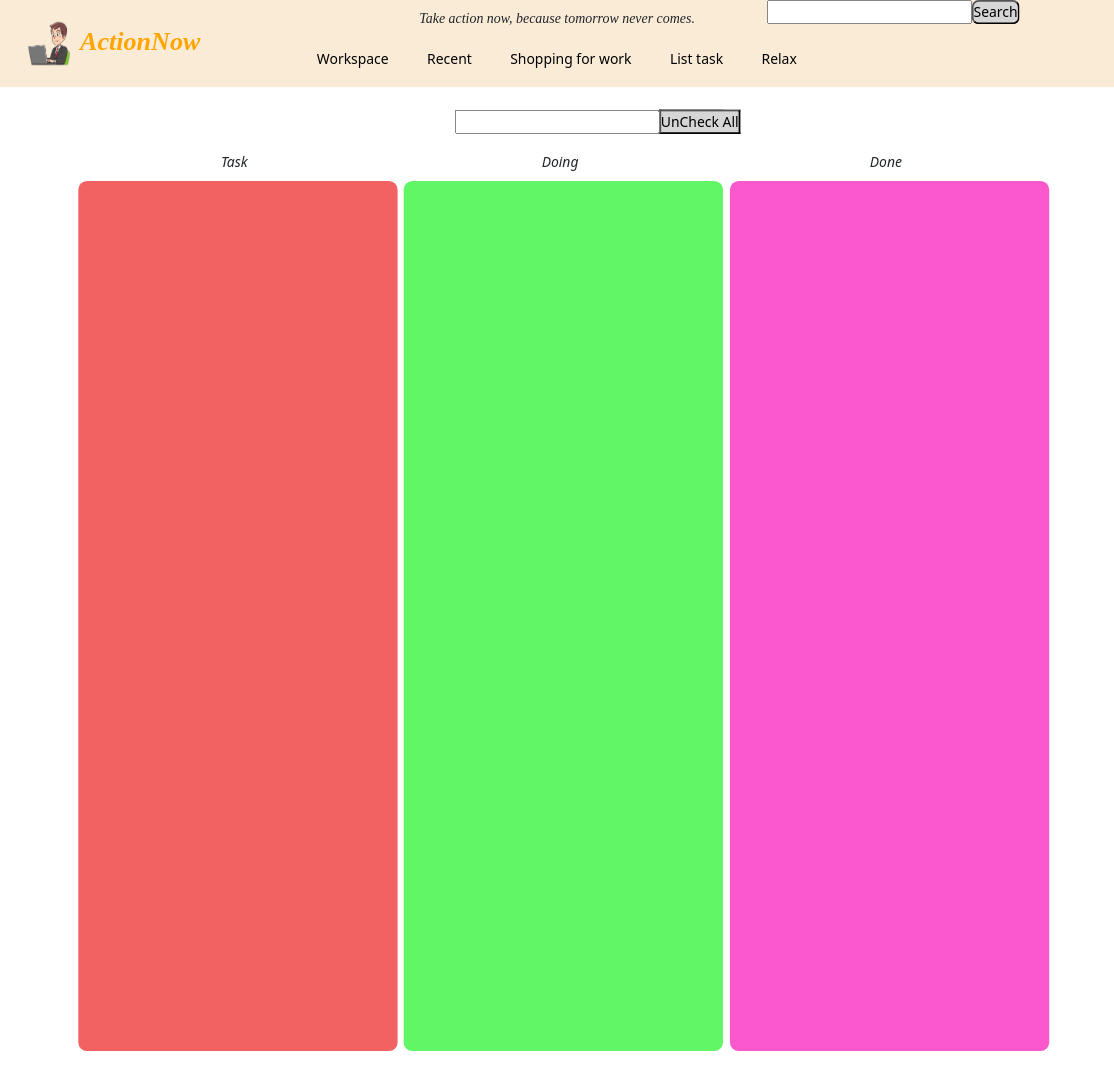
Repository: huavantinh/todo
Page: index.html
An editor plug-in stored every save of this project. The page is shown before and after the next save, followed by the edit.
The browser window is 1280 px wide. The pictures show the whole page, at 87% of full size.

Above is the page before, as saved 2023-04-08 10:34:21.

### index.html
<!DOCTYPE html>
<html lang="en">

<head>
  <meta charset="UTF-8" />
  <meta http-equiv="X-UA-Compatible" content="IE=edge" />
  <meta name="viewport" content="width=device-width, initial-scale=1.0" />
  <title>Document</title>
  <link rel="stylesheet" href="./css/style.css" />
  <link rel="stylesheet" href="https://cdn.jsdelivr.net/npm/bootstrap@5.2.3/dist/css/bootstrap.min.css"
    integrity="sha384-rbsA2VBKQhggwzxH7pPCaAqO46MgnOM80zW1RWuH61DGLwZJEdK2Kadq2F9CUG65" crossorigin="anonymous" />
</head>

<body>
  <nav class="nav-bar navbar navbar-default">
    <div class="container-fluid">
      <div class="brand">
        <!-- line1top -->
        <img src="./css/img/logo-brand.png" alt="Brand" />
        <i id="i1">ActionNow</i>
        <i id="i2">Take action now, because tomorrow never comes.</i>
        <!-- search  -->
        <div class="search-box">
          <input type="text" />
          <button>Search</button>
        </div>
      </div>
      <!-- menu  -->
      <div class="nav-menu">
        <div class="list-menu">
          <a href="">Workspace</a>
          <a href="">Recent</a>
          <a href="">Shopping for work</a>
          <a href="">List task</a>
          <a href="">Relax</a>
        </div>
      </div>
    </div>
  </nav>
  <div>

    <div class="container">
      <div class="add">
        <div class="box-add">
          <div class="d-inline-block position-relative">
            <input id="input-sub" type="text" />
            <span style="
                  color: #656966;
                  font-size: 10px;
                  position: absolute;
                  bottom: 0;
                  right: 0;
                " class="message" id="new-task-message">Please enter new task!</span>
          </div>

          <button id="button-submit" onclick="submit()">Submit</button>
          <button id="delete" onclick="deleteAll()">Delete All</button>
          <button id="checkall" onclick="checkAll(this)">Check All</button>
          <button id="uncheckall" onclick="unCheckAll(this)">
            UnCheck All
          </button>
        </div>
      </div>
      <div class="table">
        <div class="tasklist col-list">
          <i id="i1">Task</i>
          <div id="products" class="col-item col-1"></div>
        </div>

        <div class="doinglist col-list">
          <i id="i2">Doing</i>
          <div id="idoing" class="col-item col-2"></div>
        </div>

        <div class="donelist col-list">
          <i id="i3">Done</i>
          <div id="idone" class="col-item col-3"></div>
        </div>

      </div>
    </div>
  </div>
  </div>

  <script src="https://code.jquery.com/jquery-3.6.4.min.js"
    integrity="sha256-oP6HI9z1XaZNBrJURtCoUT5SUnxFr8s3BzRl+cbzUq8=" crossorigin="anonymous"></script>
  <script type="text/javascript" src="https://cdn.jsdelivr.net/npm/bootstrap@5.2.3/dist/js/bootstrap.min.js"></script>
  <script src="./app.js"></script>
</body>

</html>

### css/style.css
/* resetcss */
*{
    padding: 0;
    margin: 0;
}

/* Nav */
.container-fluid{
    position: fixed;
    top: 0;
    left: 0;
    right: 0;
    z-index: 99999;
    background-color: antiquewhite;
}


.brand{
    /* position: relative; */
    display: flex;
    width: 100%;
    height: 50px;
}
.nav-menu{
    display: flex;
    justify-content: center;
    width: 100%;
    height: 50px;
    border-radius: 10px;
}
.nav-menu .list-menu{
    position: absolute;
    justify-content: center;
    align-items: center;
    margin-top: 5px;
}
.nav-menu .list-menu a{
    color: black;
    text-decoration: none;
    font-family: inherit;
    font-weight: 450;
    margin: 0 20px;
}

.brand {
    display: flex;
    /* justify-content: center; */
}
.brand .search-box{

    /* justify-content: center;
    align-items: center;
    position: absolute;
    right: 0;

    display: flex;
    border: none; */
    /* cursor: pointer; */
}
.search-box input {
    /* right: 100px; */
}
.search-box button {
    border-radius: 8px;
    /* right: 10px; */
}

.search-box button:hover {
    background-color:orange;;
    border-radius: 8px;
}
.brand img {
    position: relative;
    left: 20px;
    position: relative;
    top: 50%;
    width: 50px;
    height: 50px;
    border-color: orange;
}
.brand #i1{
    position: relative;
    left: 20px;
    top: 30%;
    margin: 10px;
    float: left;
    width: 390px;
    max-width: 400px;
    font-size: 30px;
    color: orange;
    font-family: cursive;
    font-weight: 700;
}

.brand #i2{
    justify-content: center;
    align-items: center;
    margin: 10px;
    width: 390px;
    max-width: 400px;
    font-family: cursive;
    font-weight: 500;
}

body{
    position: relative;
    padding-top: 90px;
}


/* content  */
.add  {
    display: flex;
    margin-top: 20px;
}
.box-add{
    margin: auto ;
}

.message
{
    display: none;
}
.error-message {
    display: inline;;
}

.table {
    display: flex;
    width: 100%;
    position: relative;
}

.table .col-list {
    width: 100% / 3;
    margin-top: 20px;
}

.table .col-item {
    display: flex;
    float: left;
    width: calc(1116px / 3 - 5px );
    height: 1000px;
    justify-content: center;
    background-color: rgb(231, 227, 108);
    border-radius: 10px;
    margin-left: 7.5px;
}

.table .col-2 {
    background-color: rgb(96, 246, 101);
}

.table .col-3 {
    background-color: rgb(252, 88, 206);
}


.table .col-list i {
    display: block;
    text-align: center;
    margin-bottom: 10px;
}

.tasklist #products {
    float: left;
    border-radius: 10px;
    width: calc(1116px / 3 - 5px );
    justify-content: center;
    background-color: rgb(243, 98, 98);
    display: inline;
}

 .product1 {
    position: relative;
    margin-left: 10px;
    border-bottom: 1px solid #636363 ;
    height: 30px;
    align-items: center;
    display: flex;
}
.taskname{
    position: absolute;
    text-overflow: clip;
    display: block;
    width: 70%;
    top: 2px;
}

.checkbox {
    position: absolute;
    margin-right: 10px;
    color: aquamarine;
    right: 70px;
    top: 8px;
}

 button {
    border-radius: 10px;
    background-color: #d6d6d6;
    max-height: 90%;
    position: absolute;
    margin-left: 280px;
}

### app.js
let todos =
  localStorage && localStorage.getItem("todolist")
    ? JSON.parse(localStorage.getItem("todolist"))
    : [];

function submit() {
  let textBox = document.getElementById("input-sub");
  let content = textBox.value;
  let randId = Math.random(); // 0.1235
  document.getElementById("new-task-message").classList.add("error-message");
  if (content == "") {
    onkeydown = function () {
      document
        .getElementById("new-task-message")
        .classList.remove("error-message");
    };
    return;
  } else {
    addContent(content, randId);

    textBox.value = "";

    //f5 =>
    todos.push(content);
    setstorages()
  }
}

function setstorages() {
  localStorage && localStorage.setItem("todolist", JSON.stringify(todos));
}

function addContent(content, randId) {
  document.getElementById("new-task-message").classList.remove("error-message");

  $("#products").append(
    '<div style="color: black" class="product1" id="row' + randId + '">' +
      '<div class="taskname">' + content + '</div>' +
      '<div class="checkbox-item"><input id="' +
      '"  class="checkbox" type="checkbox"  onclick="checkItem(event)"/></div> <button class"delete-item" onclick="deleteItem(event)">Delete</button>' +
      "</div>"
  );
}

function deleteAll() {
  var products = document.getElementById("products");
  products.innerHTML = "";
}

function checkAll() {
  var checkboxes = document.getElementsByClassName("checkbox");
  for (var checkbox of checkboxes) {
    checkbox.checked = true;
    checkbox.closest("div").parentNode.style.color = "red";
  }
}

function unCheckAll() {
  var checkboxes = document.getElementsByClassName("checkbox");
  for (var checkbox of checkboxes) {
    checkbox.checked = false;
    checkbox.closest("div").parentNode.style.color = "orange";
  }
}
var textBox2 = document.getElementById("input-sub");
textBox2.addEventListener("keyup", function (event) {
  if (event.keyCode === 13) {
    submit();
  }
});

function deleteItem(event) {
  var products = document.getElementById("products");
  var arraypro= document.getElementsByClassName("product1");
  var div = event.currentTarget.parentNode;
  // var div2 = event.currentTarget.parentNode.parentNode;

  console.log(div)
  // console.log(div2)

  let index1 = Array.prototype.indexOf.call(arraypro, div );
  let index2 = Array.prototype.indexOf.call(todos, index1);
  todos.splice(index2,1);
  products.removeChild(div);
  setstorages()
}


function checkItem(event) {
  var currenti = event.currentTarget;
  var color = currenti.checked ? "red" : "orange";
  // debugger
  currenti.closest("div").parentNode.style.color = color;
  let div = event.currentTarget.parentNode;
  let div2 = event.currentTarget.parentNode.parentNode;
  console.log(div2);
  console.log('div' + div);

  //move colum
  let produclist= document.getElementsByClassName("product1");
  // var  produclistj = JSON.parse(produclist);
  let produclistj = Array.from(produclist)
  console.log(produclistj);

  let index1 = Array.prototype.indexOf.call(produclistj, div2 );
  console.log(index1);
  produclistj.splice(index1,1);
  console.log(produclistj);

  //create array and insert to done list
  let doinglist = [];
  doinglist.push(div2);
  console.log(doinglist);
  // forEach(doinglist, function (item) {

  // })

  let textitem = div2.firstChild.textContent;
  console.log(textitem);
  let randId2 = Math.random()
  $("#idone").append('<div style="color: black" class="product1" id="row' + randId2 + '">' +
  '<div class="taskname">' + textitem + '</div>' +
  '<div class="checkbox-item"><input id="' +
  '"  class="checkbox" type="checkbox"  onclick="checkItem(event)"/></div> <button class"delete-item" onclick="deleteItem(event)">Delete</button>' +
  "</div>")
  // change background color when clicked checkbox
  // var bgcolor = currenti.checked ? "blue" : "";
  // currenti.closest("div").parentNode.style.backgroundColor = bgcolor;
}

document.addEventListener("DOMContentLoaded", function () {
  if (Array.isArray && todos.length > 0) {
    todos.forEach(function printlocal(content, index) {
      addContent(content, index);
    });
  }
});

After the next save:
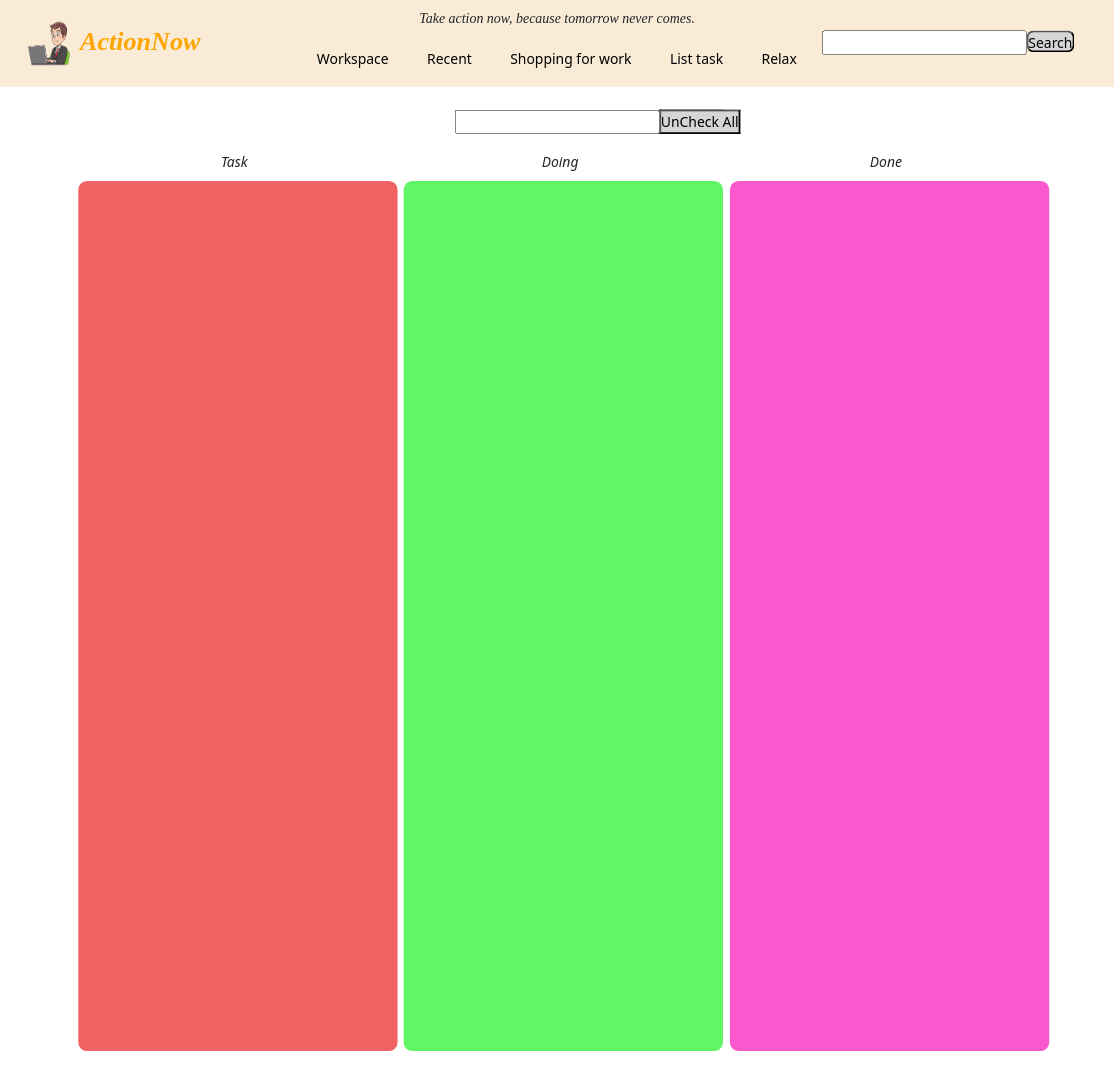
Saved 3 min 42 s later.
--- a/css/style.css
+++ b/css/style.css
@@ -47,7 +47,9 @@
     /* justify-content: center; */
 }
 .brand .search-box{
-
+    position: absolute;
+    right: 100px;
+    top: 35px;
     /* justify-content: center;
     align-items: center;
     position: absolute;
